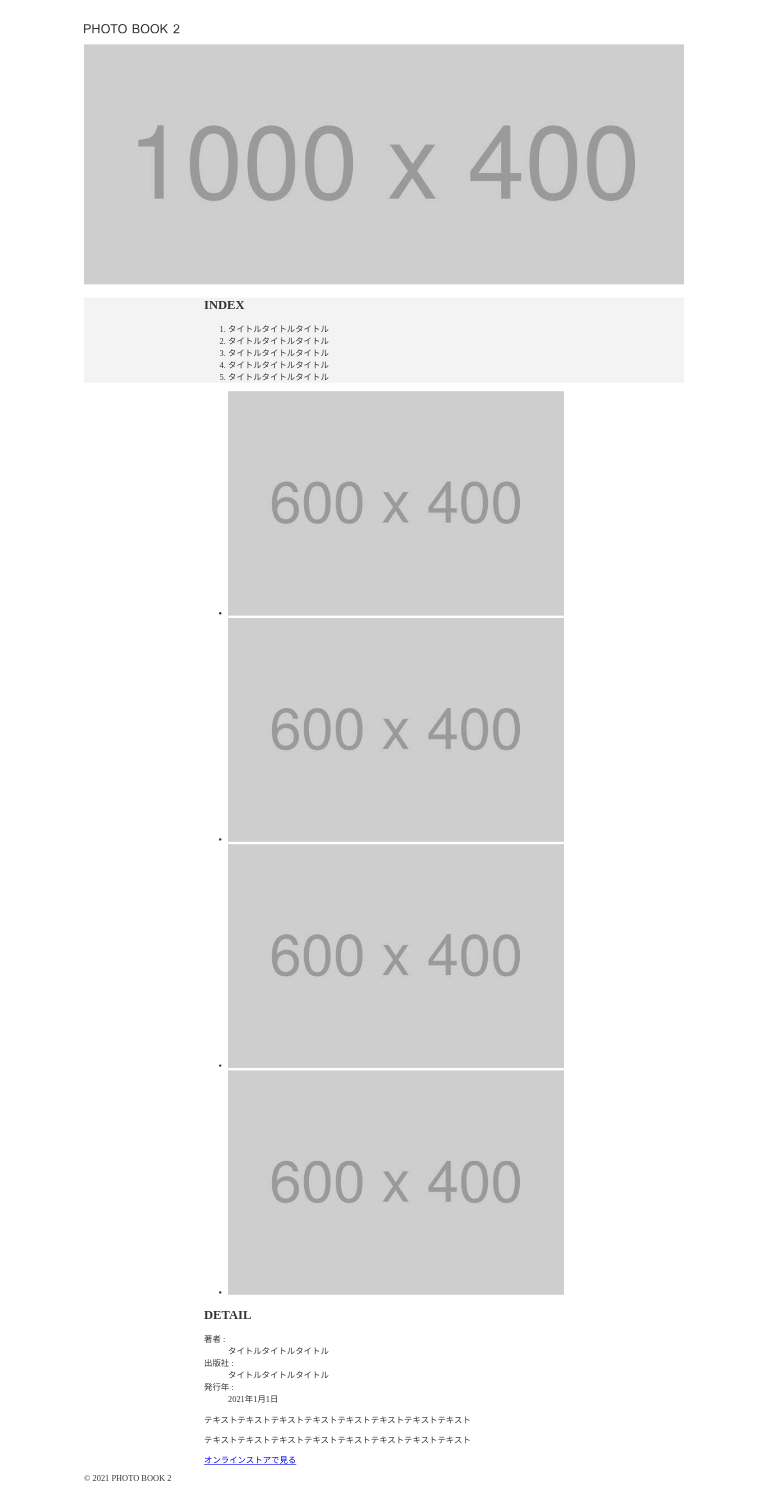
Repository: Fuki-san/photo-book-2
Page: http://localhost/photobook
These files come from the project's save history. The page is drawn as it stood at one moment and after a run of saves; the edit follows.
The browser window is 1280 px wide. The pictures show the whole page, at 60% of full size.
The page is served by the project's Laravel application, run on PHP 8.4 with Laravel 10.

Above is the page before, as saved 2023-11-30 11:47:31.

After the next 2 saves:
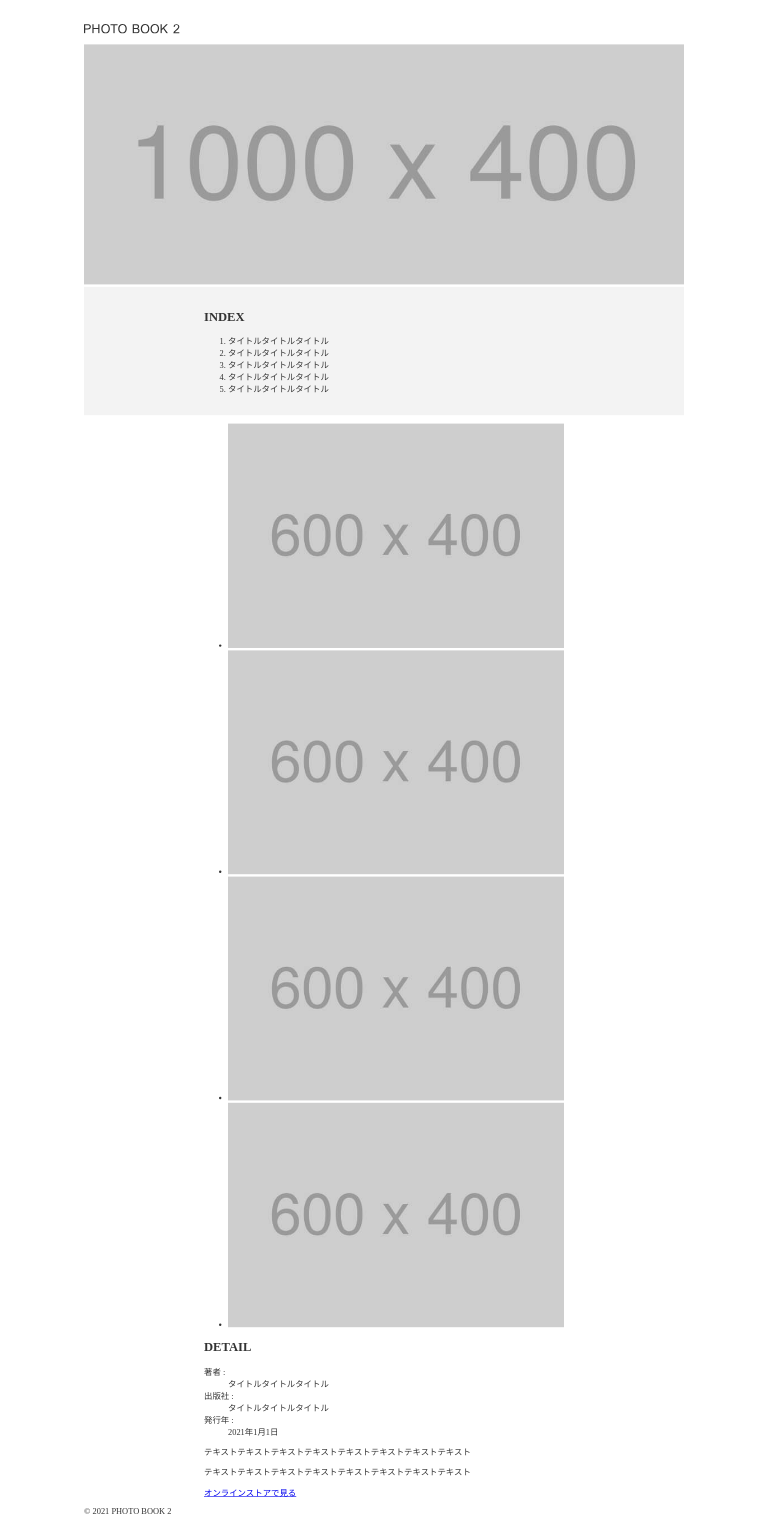
The 2 saves are shown as one change because they came seconds apart.
The last was saved 7 s later.
--- a/public/css/style.css
+++ b/public/css/style.css
@@ -33,5 +33,5 @@ img{
 /* indexx */
 #index {
     background-color: #f3f3f3;
-    padding: ;
+    padding: 20px 0;
 }
